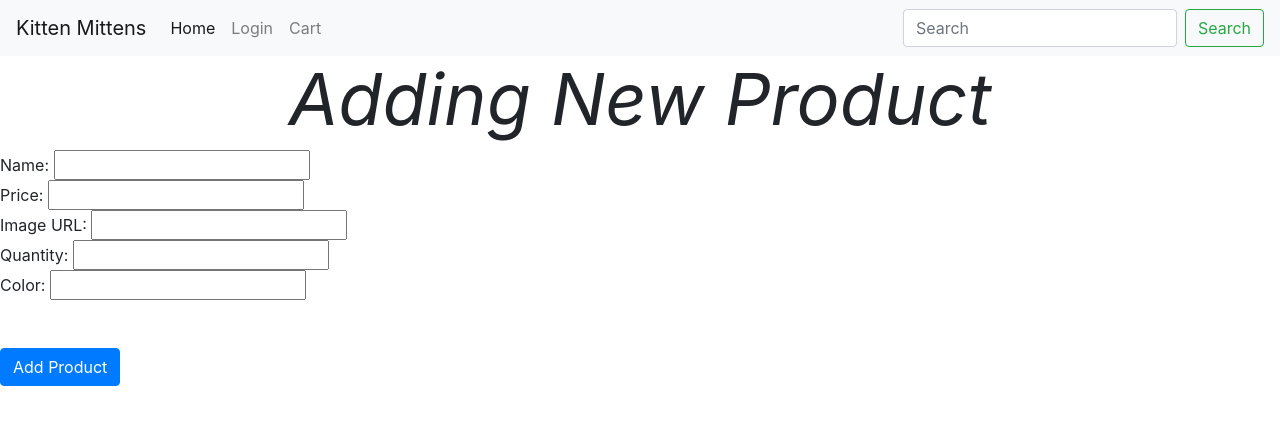
Repository: Janellle/KittenMittens
Page: http://localhost/addProd
The author's editor kept a record of every edit. The page is drawn from the files as they stood at one moment, then again after the next edit.
The browser window is 1280 px wide. The pictures show the whole page.
The page is served by the project's Node server (app.js).

Above is the page before.
Not found: js/functions.js
Not found: rps.js

After the next edit:
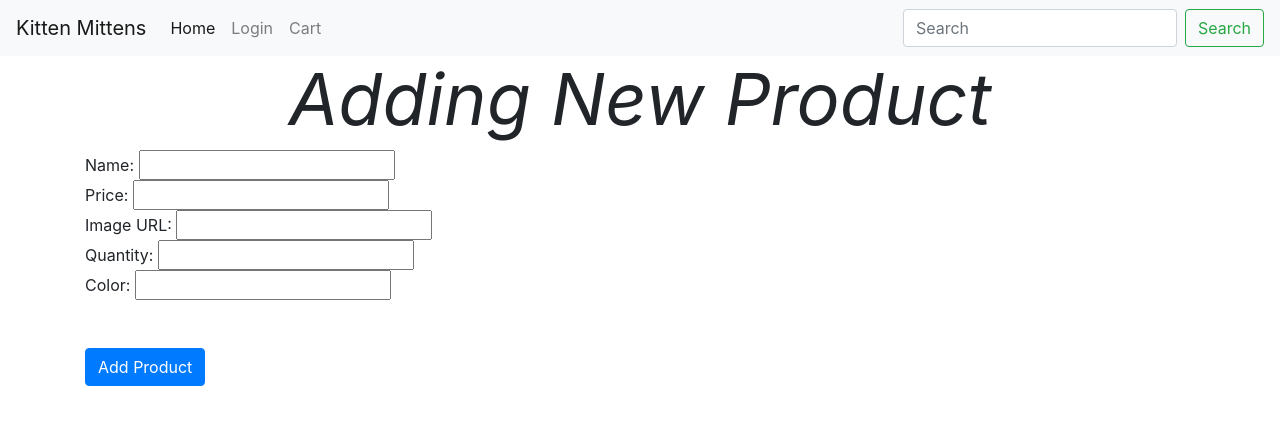
The edit:
--- a/views/newProd.ejs
+++ b/views/newProd.ejs
@@ -1,7 +1,7 @@
 <%- include('partials/header.ejs') %>
         <h1 class="text-center display-3"><strong><i> Adding New Product </i></strong></h1>
-
-        <form method="POST">
+        <div class="container" id="admin_css">
+            <form method="POST">
 
             Name: <input type="text" name="name"><br>
             Price: <input type="number" name="price"><br>
